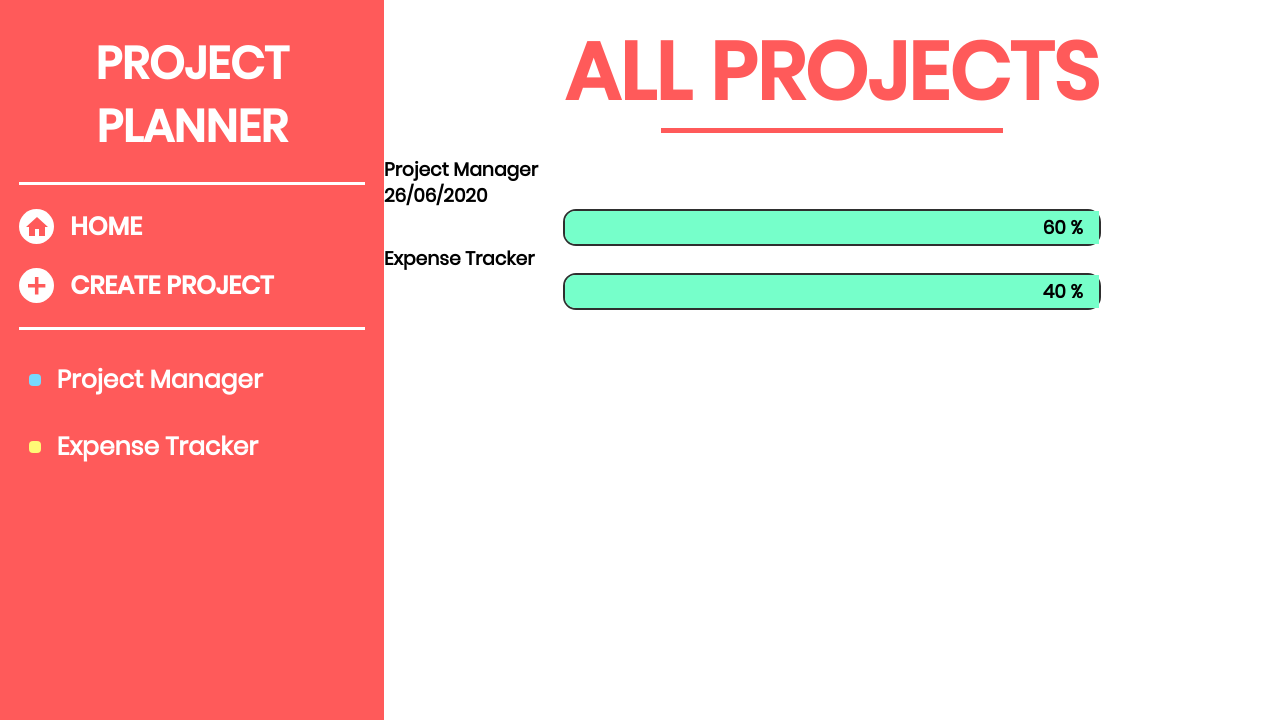
Repository: AzharMoosa/project-manager
Page: /
The author's editor kept a copy of each file at every save. The page is drawn from the files as they stood at one save, then again after the next save.
The browser window is 1280 px wide. The pictures show the whole page.
The project was rebuilt for these pictures with package versions that can differ from the ones it lists, and the page was loaded fresh each time.

Above is the page before, as saved 2020-06-22 11:06:39.

### public/index.html
<!DOCTYPE html>
<html lang="en">
  <head>
    <meta charset="utf-8" />
    <link rel="icon" href="%PUBLIC_URL%/favicon.ico" />
    <meta name="viewport" content="width=device-width, initial-scale=1" />
    <meta name="theme-color" content="#000000" />
    <meta
      name="description"
      content="Web site created using create-react-app"
    />
    <link rel="apple-touch-icon" href="%PUBLIC_URL%/logo192.png" />

    <link rel="manifest" href="%PUBLIC_URL%/manifest.json" />

    <title>Project Planner</title>
  </head>
  <body>
    <noscript>You need to enable JavaScript to run this app.</noscript>
    <div id="root"></div>
  </body>
</html>

### src/App.js
import React from "react";
import Sidebar from "./components/sidebar/Siebar";
import Home from "./components/home/Home";
import { ProjectProvider } from "./ProjectContext";

import "./App.css";

function App() {
  return (
    <ProjectProvider>
      <div className='container'>
        <Sidebar />
        <Home />
      </div>
    </ProjectProvider>
  );
}

export default App;

### src/components/sidebar/Siebar.js
import React from "react";
import Header from "./Header";
import ProjectList from "../project-list/ProjectList";

const Siebar = () => {
  return (
    <div className='sidebar'>
      <Header />
      <ProjectList />
    </div>
  );
};

export default Siebar;

### src/components/home/Home.js
import React, { useContext } from "react";
import ProgectProgress from "./ProgectProgress";
import { ProjectContext } from "../../ProjectContext";

const Home = () => {
  const [projects, setProjects] = useContext(ProjectContext);

  return (
    <div className='home'>
      <h1 className='home-title'>ALL PROJECTS</h1>
      {projects.map((project) => (
        <ProgectProgress
          name={project.name}
          date={project.date}
          progress={project.progress}
        />
      ))}
    </div>
  );
};

export default Home;

### src/ProjectContext.js
import React, { useState, createContext } from "react";

export const ProjectContext = createContext();

export const ProjectProvider = (props) => {
  const [projects, setProjects] = useState([
    {
      name: "Project Manager",
      overview:
        "A project management application which allows you to plan personal projects and track its progress.  Create detail plans of projects before developing projects.",
      tools: ["HTML", "CSS", "JAVASCRIPT", "REACT"],
      progress: 60,
      tasks: [
        "Create Project Plans",
        "Todo List for Each Project",
        "Track Progress",
        "Priority List",
        "Choose Tools In Each Project",
        "Clean And Simple Design",
        "Use REACT",
      ],
      color: "blue",
      date: "26/06/2020",
      id: 28392,
    },

    {
      name: "Expense Tracker",
      overview:
        "A expense tracker application which allows you to budget and track your savings.  Track what expenses you have",
      tools: ["HTML", "CSS", "JAVASCRIPT", "REACT"],
      progress: 40,
      tasks: [
        "Expenses In And Out",
        "Current Balance",
        "Highest Money Out",
        "Clean And Simple Design",
        "Use REACT",
      ],
      color: "yellow",
      date: "",
      id: 2032,
    },
  ]);

  return (
    <ProjectContext.Provider value={[projects, setProjects]}>
      {props.children}
    </ProjectContext.Provider>
  );
};

### src/App.css
:root {
  --red: #ff5a5a;
  --green: #76ffca;
  --blue: #76daff;
  --yellow: #fffa76;
  --purple: #ab76ff;
}

/* CSS RESET */

* {
  margin: 0;
  padding: 0;
  box-sizing: border-box;
}

/* Fonts */

@font-face {
  font-family: "Poppins-Med";
  src: url("./fonts/Poppins-Medium.ttf");
}

@font-face {
  font-family: "Poppins-Reg";
  src: url("./fonts/Poppins-Regular.ttf");
}

/* Body */

body {
  font-family: "Poppins-Reg";
  line-height: 1.4;
}

/* Utilities */

/* Bullet Points */

.project-side:before,
.blue:before,
.yellow:before,
.green:before,
.purple:before {
  content: " ";
  height: 12px;
  width: 12px;
  margin-right: 1rem;
  border-radius: 4px;
}

.blue:before {
  background-color: var(--blue);
}

.yellow:before {
  background-color: var(--yellow);
}

.green:before {
  background-color: var(--green);
}

.purple:before {
  background-color: var(--purple);
}

/* Container */
.container {
  display: flex;
  overflow: hidden;
}

/* Sidebar */
.sidebar {
  width: 30vw;
  background-color: var(--red);
  height: 100vh;
  color: #fff;
}

.title {
  font-size: 45px;
  font-family: "Poppins-Med";
  text-align: center;
  padding-top: 2rem;
}

.nav-btns::after,
.nav-btns:before {
  content: " ";
  display: block;
  border-bottom: 3px solid #fff;
  width: 100%;
  margin: 1.5rem auto;
}

.nav-btns {
  width: 90%;
  margin: auto;
}

.home-btn,
.create-project-btn {
  display: flex;
  align-items: center;
  margin-top: 1.5rem;
}

.home-btn h3,
.create-project-btn h3 {
  margin-left: 1rem;
  font-family: "Poppins-Med";
  font-size: 25px;
}

.home-btn svg,
.create-project-btn svg {
  cursor: pointer;
}

/* Home */

.home {
  width: 70vw;
  display: flex;
  flex-direction: column;
}

.home-title {
  font-size: 80px;
  font-family: "Poppins-Med";
  color: var(--red);
  text-align: center;
  margin-top: 1rem;
}

.home-title:after {
  content: " ";
  display: block;
  border-bottom: 5px solid var(--red);
  width: 342px;
  margin: 0 auto 1.5rem auto;
}

/* Project Sidebar List */
.project-side {
  width: 85%;
  margin: 2rem auto;
  display: flex;
  align-items: center;
  cursor: pointer;
}

.project-side h3 {
  font-size: 25px;
}

/* Progress Bar */
.progressbar {
  width: 90%;
  background-color: #fff;
  border: 2px solid #2f2f2f;
  border-radius: 13px;
  margin: 0 auto;
}

.progressbar > div {
  background-color: var(--green);
  height: 33px;
  border-radius: 10px 0 0 10px;
}

.progressbar > div h3 {
  display: flex;
  justify-content: flex-end;
  line-height: 1.8;
  margin-right: 1rem;
}

### src/components/sidebar/Header.js
import React from "react";

const Header = () => {
  return (
    <div>
      <h1 className='title'>PROJECT PLANNER</h1>
      <div className='nav-btns'>
        <div className='home-btn'>
          <svg
            xmlns='http://www.w3.org/2000/svg'
            width='35'
            height='35'
            viewBox='0 0 35 35'
          >
            <g
              id='Home_Btn'
              data-name='Home Btn'
              transform='translate(-139 -182)'
            >
              <circle
                id='Ellipse_1'
                data-name='Ellipse 1'
                cx='17.5'
                cy='17.5'
                r='17.5'
                transform='translate(139 182)'
                fill='#fff'
              />
              <path
                id='icons8-home'
                d='M12,2.1,1,12H4v9h6V14h4v7h6V12h3Z'
                transform='translate(145 187.9)'
                fill='#ff5a5a'
              />
            </g>
          </svg>
          <h3>HOME</h3>
        </div>

        <div className='create-project-btn'>
          <svg
            xmlns='http://www.w3.org/2000/svg'
            width='35'
            height='35'
            viewBox='0 0 35 35'
          >
            <g id='Group_6' data-name='Group 6' transform='translate(-50 -242)'>
              <circle
                id='Ellipse_2'
                data-name='Ellipse 2'
                cx='17.5'
                cy='17.5'
                r='17.5'
                transform='translate(50 242)'
                fill='#fff'
              />
              <path
                id='icons8-plus'
                d='M8.922,2V8.922H2v1.538H8.922v6.922h1.538V10.461h6.922V8.922H10.461V2Z'
                transform='translate(58 250)'
                fill='#ff5a5a'
                stroke='#ff5a5a'
                strokeWidth='2'
                fillRule='evenodd'
              />
            </g>
          </svg>
          <h3>CREATE PROJECT</h3>
        </div>
      </div>
    </div>
  );
};

export default Header;

### src/components/project-list/ProjectList.js
import React, { useContext } from "react";
import { ProjectContext } from "../../ProjectContext";
import ProjectSide from "./ProjectSide";

const ProjectList = () => {
  // eslint-disable-next-line
  const [projects, setProjects] = useContext(ProjectContext);

  return (
    <div>
      {projects.map((project) => (
        <ProjectSide
          name={project.name}
          color={project.color}
          key={project.id}
        />
      ))}
    </div>
  );
};

export default ProjectList;

### src/components/home/ProgectProgress.js
import React from "react";
import ProgressBar from "./ProgressBar";

const ProgectProgress = ({ name, date, progress }) => {
  return (
    <div className='project-progress'>
      <div className='project-title'>
        <h3>{name}</h3>
        <h3>{date}</h3>
      </div>
      <ProgressBar progress={progress} />
    </div>
  );
};

export default ProgectProgress;

### src/components/project-list/ProjectSide.js
import React from "react";

const Project = ({ name, color }) => {
  return (
    <div className={`project-side ${color}`}>
      <h3>{name}</h3>
    </div>
  );
};

export default Project;

### src/components/home/ProgressBar.js
import React from "react";

const ProgressBar = ({ progress }) => {
  return (
    <div className='progressbar' style={{ width: "60%" }}>
      <div>
        <h3>{progress} %</h3>
      </div>
    </div>
  );
};

export default ProgressBar;

Loaded but not shown: src/index.js (common file)

After the next save:
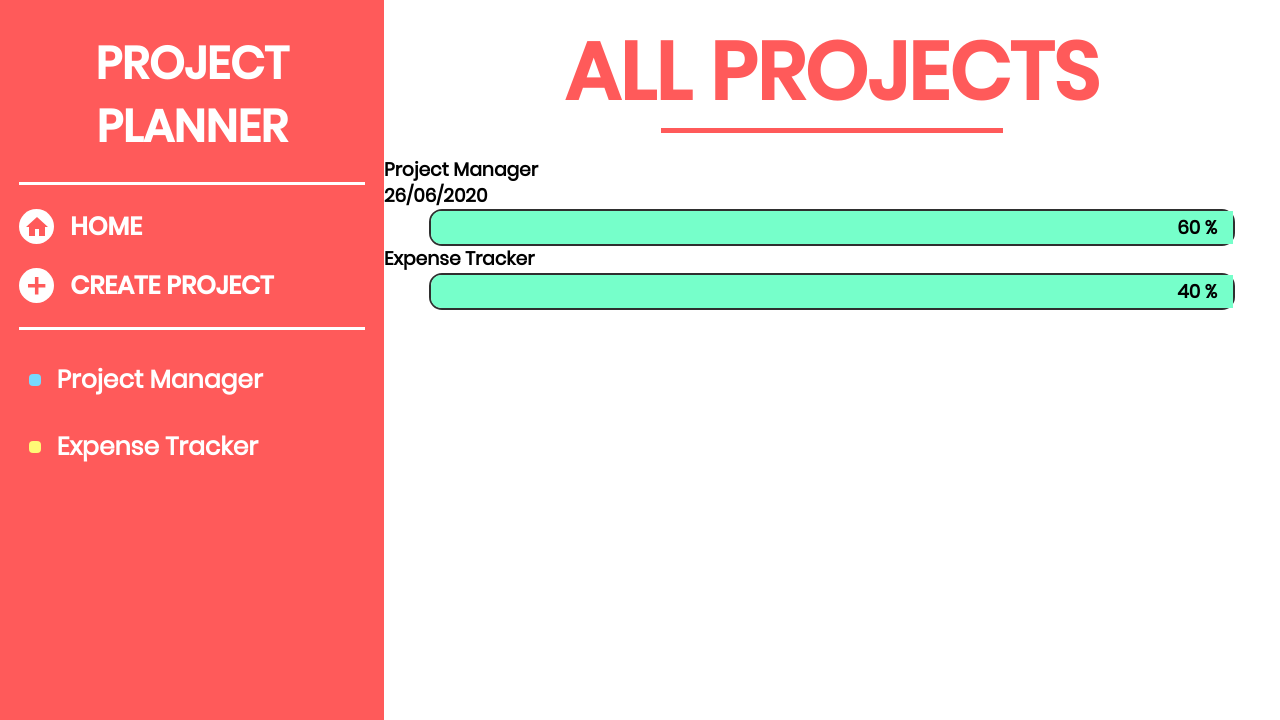
Saved 9 s later.
--- a/src/components/home/ProgressBar.js
+++ b/src/components/home/ProgressBar.js
@@ -2,7 +2,7 @@ import React from "react";
 
 const ProgressBar = ({ progress }) => {
   return (
-    <div className='progressbar' style={{ width: "60%" }}>
+    <div className='progressbar'>
       <div>
         <h3>{progress} %</h3>
       </div>
